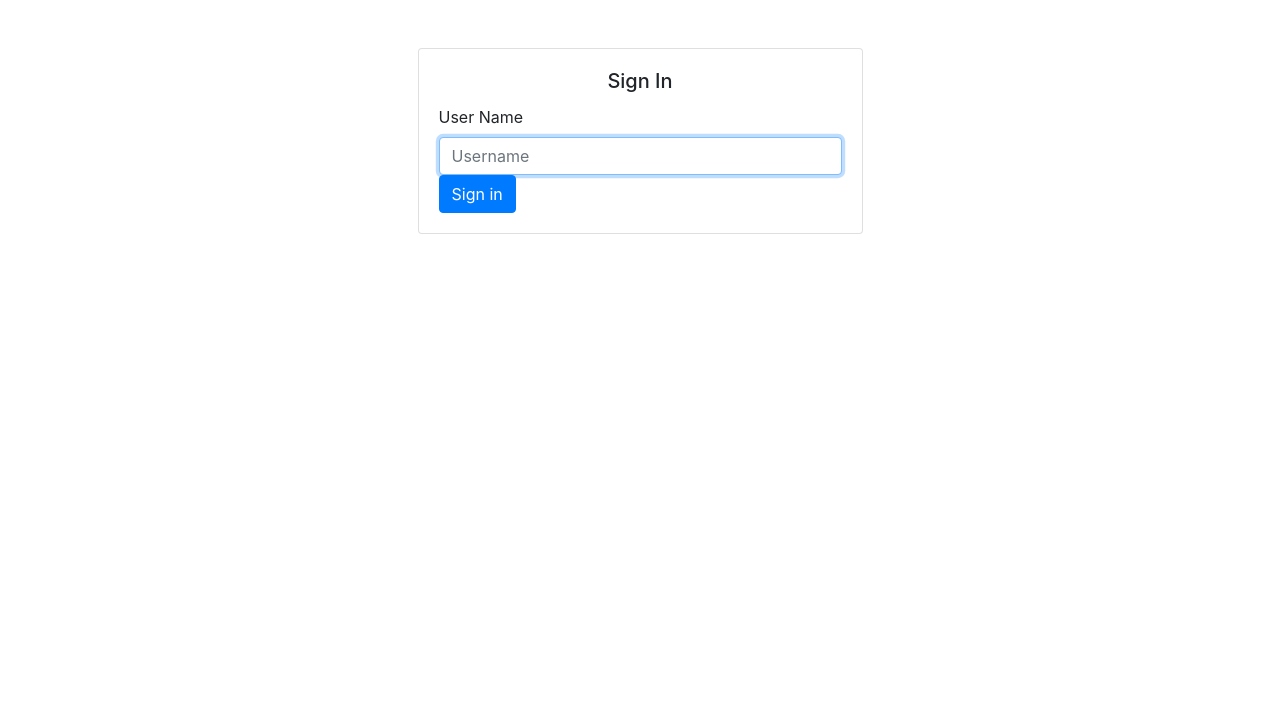
Repository: pravinsakthivel/ecommerce
Page: /
An editor plug-in stored every save of this project. The page is shown before and after the next save, followed by the edit.
The browser window is 1280 px wide. The pictures show the whole page.
The project was rebuilt for these pictures with package versions that can differ from the ones it lists, and the page was loaded fresh each time. Also part of the build but not shown: src/components/ProductItem.vue, src/components/UI/ShoppingCartIcon.vue, src/components/UI/NavigationBar.vue, src/components/UI/SearchBar.vue, src/components/ProductDescriptionModal.vue, src/components/ProductList.vue, src/components/PayPalComponent.vue, src/components/PaymentDetails.vue and 5 more.

Above is the page before, as saved 2021-04-10 20:23:59.

### public/index.html
<!DOCTYPE html>
<html lang="">
  <head>
    <meta charset="utf-8">
    <meta http-equiv="X-UA-Compatible" content="IE=edge">
    <meta name="viewport" content="width=device-width,initial-scale=1.0">
    <link rel="icon" href="<%= BASE_URL %>favicon.ico">
    <link href="https://fonts.googleapis.com/css?family=Nunito+Sans:400,400i,700,900&display=swap" rel="stylesheet">
    <title><%= htmlWebpackPlugin.options.title %></title>
  </head>
  <body>
    <noscript>
      <strong>We're sorry but <%= htmlWebpackPlugin.options.title %> doesn't work properly without JavaScript enabled. Please enable it to continue.</strong>
    </noscript>
    <div id="app"></div>
    <!-- built files will be auto injected -->
  </body>
</html>

### src/main.js
import { createApp } from 'vue';
import App from './App.vue';
import router from './router.js';
import store from './store.js';
import 'bootstrap';
import 'font-awesome/css/font-awesome.min.css';
import 'bootstrap/dist/css/bootstrap.min.css';
import BaseButton from "./components/UI/BaseButton.vue";
import BaseBadge from './components/UI/BaseBadge.vue';
import TheJumbotrom from './components/UI/TheJumbotron.vue';
import BaseModal from './components/UI/BaseModal.vue';



const app = createApp(App);
app.use(router);
app.use(store);
app.component('base-button',BaseButton);
app.component('base-badge',BaseBadge);
app.component('the-jumbotron',TheJumbotrom);
app.component('base-modal',BaseModal);
app.mount('#app');

### src/App.vue
<template>
 <router-view></router-view>

</template>

<script>

export default {
  name: 'App',
}
</script>

<style>
</style>

### src/router.js
import { createRouter, createWebHistory } from "vue-router";
import ProductList from "./components/ProductList.vue";
import CartList from "./components/CartList.vue";
import OrderSuccessPage from "./components/UI/OrderSuccess.vue";
import LoginPage from "./components/UI/LoginPage.vue";

const router = createRouter({
  history: createWebHistory(),
  routes: [
    {
      path: "/",
      redirect: "/login",
    },
    {
      path: "/cartIems",
      component: CartList,
    },
    {
      path: "/products",
      component: ProductList,
    },
    {
      path: "/orderSuccessPage",
      component: OrderSuccessPage,
    },
    {
      path: "/login",
      component: LoginPage,
    },
  ],
});

export default router;

### src/store.js
import {createStore} from 'vuex';
import productModule from './store/products/index.js'

const store = createStore({
   modules:{
        products:productModule
   }
});

export default store;

### src/components/UI/BaseButton.vue
<template>
    <button
        class="btn btn-primary"
        type="submit"
        @click.prevent="clickAction"
      >
        <slot></slot>
      </button>
</template>
<script>
export default {
    emits:['click-action'],
    methods:{
        clickAction(){
            this.$emit('click-action');
        }
    }
}
</script>

### src/components/UI/LoginPage.vue
<template>
  <div class="container">
    <div class="row">
      <div class="col-sm-9 col-md-7 col-lg-5 mx-auto">
        <div class="card card-signin my-5">
          <div class="card-body">
            <h5 class="card-title text-center">Sign In</h5>
            <form class="form-signin">
              <div class="form-label-group">
                <label for="userName">User Name</label>
                <input
                  type="text"
                  id="userName"
                  class="form-control"
                  :class="{ 'is-invalid': errorClass }"
                  placeholder="Username"
                  required
                  autofocus
                  v-model="userName"
                />
              </div>
              <base-button
                customClass="btn mt-3  btn-primary btn-block text-uppercase"
                @click-action="login"
                >Sign in</base-button
              >
            </form>
          </div>
        </div>
      </div>
    </div>
  </div>
</template>
<script>
export default {
  data() {
    return {
      userName: "",
      errorClass: false,
    };
  },
  methods: {
    login() {
      if (this.userName != "") {
        this.errorClass = false;
        this.$store.dispatch("products/setUser", this.userName);
        this.$router.push("/products");
      } else {
        this.errorClass = true;
      }
    },
  },
};
</script>

### src/store/products/index.js
import actions from './actions.js';
import getters from './getters.js';
import mutations from './mutations.js';

export default{
    namespaced:true,
    state(){
        return{
            products: [],
            cartItems: [],
            productsIdsInCart:[],
            searchedItems:[],
            lastUpdated:null,
            loggedInUser :''
        }
    },
    actions,
    getters,
    mutations
}

### src/store/products/actions.js
export default {
  async loadProducts(context,forceRefresh) {
    console.log(context.getters.shouldRefresh , forceRefresh);
    if(!context.getters.shouldRefresh && !forceRefresh){
      console.log("sending cache data");
      return;
    }
    console.log("sending fetched data");
    let url = `https://products-data-b01f9-default-rtdb.firebaseio.com/products/-MXaxOFKGRgCKs_OkzrR.json`;
    let response = await fetch(url);
    let responseData = await response.json();
    context.commit("setProducts", responseData);
    context.commit("setTimeStamp");
  },
  setProducts(context, payload) {
    context.commit("setProducts", payload);
  },
  addProductItemToCart(context, product) {
    let cartItems = [...context.getters.getCartItems, product];
    context.dispatch("addProductIdInCart", product.productId);
    context.commit("setCartItems", cartItems);
  },
  addProductIdInCart(context, data) {
    let productIdsInCart = [...context.getters.getproductIdsIncart, data];
    context.commit("setProductIdsInCart", productIdsInCart);
  },
  setCartItems(context, data) {
    context.commit("setCartItems", data);
  },
  removeCartItem(context, productId) {
    let cartItems = context.getters.getCartItems;
    let filteredItems = cartItems.filter((item) => {
      return item.productId != productId;
    });
    context.dispatch("removeProductIdInCart", productId);
    context.commit("setCartItems", filteredItems);
  },
  removeProductIdInCart(context, productId) {
    let productIdsInCart = context.getters.getproductIdsIncart;
    const index = productIdsInCart.indexOf(productId);
    if (index > -1) {
      productIdsInCart.splice(index, 1);
    }
    context.commit("setProductIdsInCart", productIdsInCart);
  },
  setSearchedItems(context, payload) {
    context.commit("setSearchedItems", payload);
  },
  setUser(context,userName){
    context.commit("setUser",userName);
  },
  resetProductIdsInCart(context){
    context.commit("setProductIdsInCart",[])
  }
};

### src/store/products/getters.js
export default {
  getProducts(state) {
    return state.products;
  },
  getCartItems(state) {
    return state.cartItems;
  },
  getproductIdsIncart(state) {
    return state.productsIdsInCart;
  },
  shouldRefresh(state) {
    let lastUpdate = state.lastUpdated;
    if (!lastUpdate) {
      return true;
    }
    const currentTimeStamp = new Date().getTime();
    return (currentTimeStamp - lastUpdate) / 1000 > 60;
  },
  getSearchItems(state){
      return state.searchedItems;
  },
  getLoggedInUser(state){
    return state.loggedInUser;
  }
};

### src/store/products/mutations.js
export default {
  setCartItems(state, payload) {
    state.cartItems = payload;
  },
  setProducts(state, payload) {
    state.products = payload;
  },
  setProductIdsInCart(state, payload) {
    state.productsIdsInCart = payload;
  },
  setTimeStamp(state) {
    state.lastUpdated = new Date().getTime();
  },
  setSearchedItems(state, payload) {
    state.searchedItems = payload;
  },
  setUser(state, userName) {
    state.loggedInUser = userName;
  },
};

After the next save:
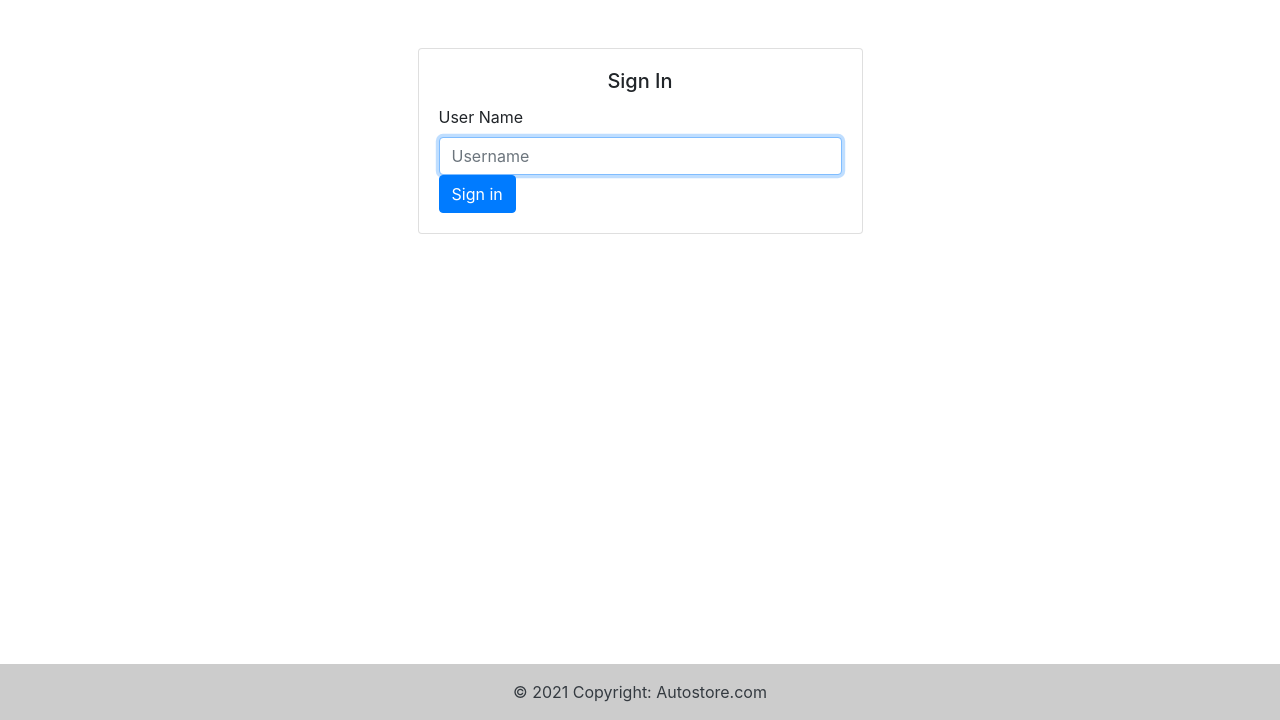
Saved 69 s later.
--- a/src/App.vue
+++ b/src/App.vue
@@ -1,6 +1,9 @@
 <template>
  <router-view></router-view>
-
+ <div class="text-center text-dark p-3 fixed-bottom" style="background-color: rgba(0, 0, 0, 0.2);">
+    © 2021 Copyright:
+    <a class="text-dark" href="#">Autostore.com</a>
+  </div>
 </template>
 
 <script>
